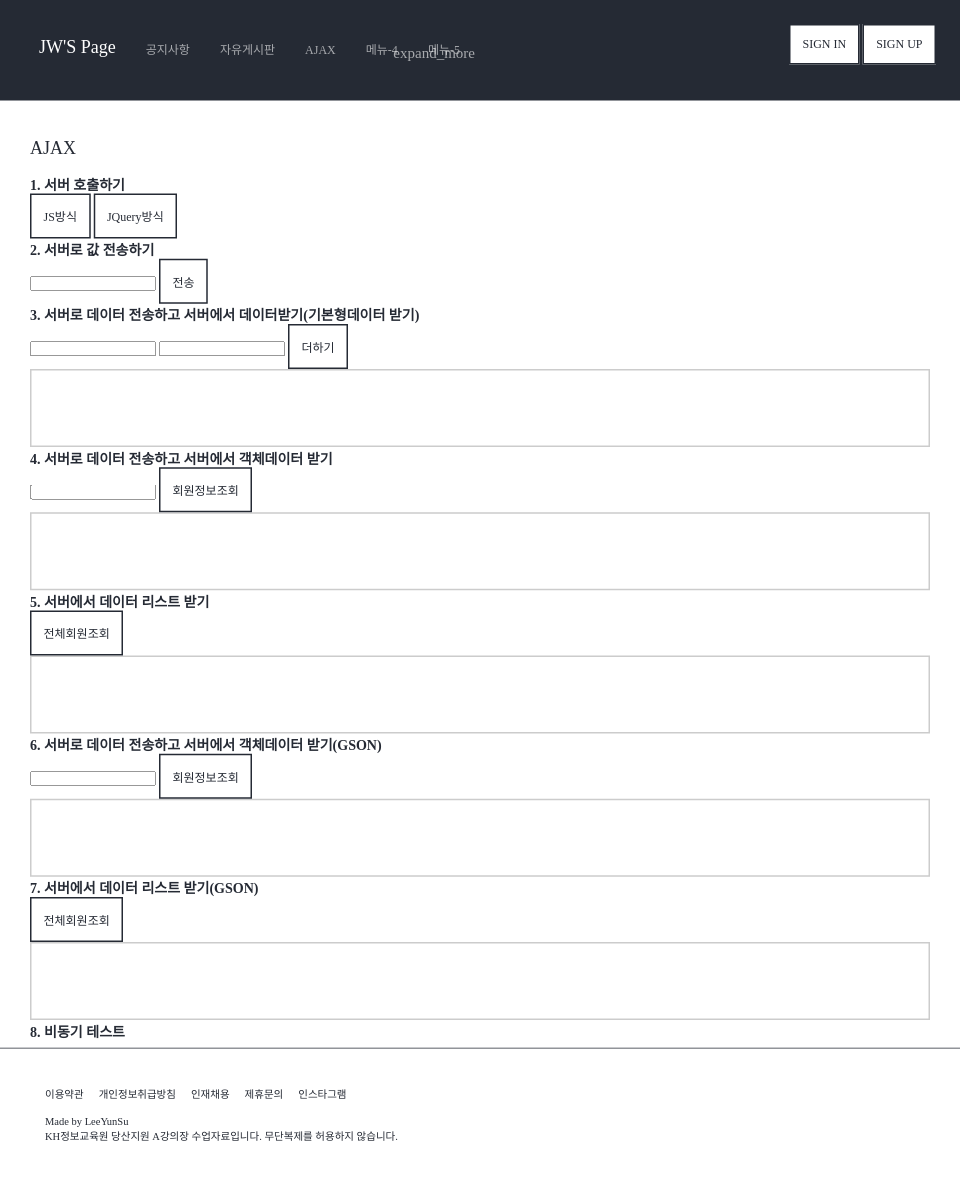
Repository: JWbase/Web_JAVA
Page: http://localhost/07_mvc2WebProject/ajax.do
The author's editor kept a copy of each file at every save. The page is drawn from the files as they stood at one save, then again after a run of saves.
The browser window is 1280 px wide. The pictures show the whole page, at 75% of full size.
Some web fonts or font styles are not loaded; a fallback is used. The page is served by Tomcat 9. Other server files are loaded and not shown.

Above is the page before, as saved 2022-09-06 07:44:29.

### 07_mvc2WebProject/src/main/webapp/WEB-INF/views/etc/ajax.jsp
<%@ page language="java" contentType="text/html; charset=UTF-8"
	pageEncoding="UTF-8"%>
<!DOCTYPE html>
<html>
<head>
<meta charset="UTF-8">
<title>Insert title here</title>
<style>
.ajaxResult {
	min-height: 100px;
	border: 2px solid #ccc;
}
</style>
</head>
<body>
	<%@include file="/WEB-INF/views/common/header.jsp"%>
	<div class="page-content">
		<div class="page-title">AJAX</div>
		<h3>1. 서버 호출하기</h3>
		<button class="btn bc11" id="js">JS방식</button>
		<button class="btn bc11" id="jQ1">JQuery방식</button>

		<h3>2. 서버로 값 전송하기</h3>
		<input type="text">
		<button class="btn bc11" id="jQ2">전송</button>

		<h3>3. 서버로 데이터 전송하고 서버에서 데이터받기(기본형데이터 받기)</h3>
		<input type="text" id="su1"> <input type="text" id="su2">
		<button class="btn bc11" id="jQ3">더하기</button>
		<p class="ajaxResult" id="result1"></p>

		<h3>4. 서버로 데이터 전송하고 서버에서 객체데이터 받기</h3>
		<input type="text" id="input4">
		<button class="btn bc11" id="jQ4">회원정보조회</button>
		<p class="ajaxResult" id="result4"></p>

		<h3>5. 서버에서 데이터 리스트 받기</h3>
		<button class="btn bc11" id="jQ5">전체회원조회</button>
		<p class="ajaxResult" id="result5"></p>

		<h3>6. 서버로 데이터 전송하고 서버에서 객체데이터 받기(GSON)</h3>
		<input type="text" id="input6">
		<button class="btn bc11" id="jQ6">회원정보조회</button>
		<p class="ajaxResult" id="result6"></p>

		<h3>7. 서버에서 데이터 리스트 받기(GSON)</h3>
		<button class="btn bc11" id="jQ7">전체회원조회</button>
		<p class="ajaxResult" id="result7"></p>

		<h3>8. 비동기 테스트</h3>
	</div>
	<script>
		$("#js").on("click", function() {
			// javascript방식으로 ajax 호출
			// 1. XMLHttpRequest 객체 생성
			const xhttp = new XMLHttpRequest();

			// 2. 요청정보 설정
			xhttp.open("GET", "/ajaxTest1.do", true);
			// 3. 서버요청 처리에 따른 동작함수를 설정
			xhttp.onreadystatechange = function() {
				if (this.readyState == 4 & this.status == 200) {
					// 요청이 다 끝나고 정상인 경우
					console.log("서버 요청 완료!!");
				} else if (this.readyState == 4 & this.status == 404) {
					// 요청이 다 끝나고 결과가 페이지를 찾을 수 없는 경우
					console.log("주소를 찾을 수 없습니다.");
				}
			}
			// 4. 서버에 요청
			xhttp.send();
		});
		$("#jQ1").on("click", function() {
			$.ajax({
				url : "/ajaxTest1.do",
				type : "get",
				success : function() {
					console.log("서버호출완료");
				},
				error : function() {
					console.log("에러 발생");
				},
				complete : function() {
					console.log("무조건 호출");
				}
			});
		});
		$("#jQ2").on("click", function() {
			const input = $(this).prev();
			const inputValue = input.val();
			console.log(inputValue);
			$.ajax({
				url : "/ajaxTest2.do",
				type : "get",
				data : {
					input1 : inputValue
				},
				success : function() {
					console.log("서버로 전송완료");
				},
				error : function() {
					console.log("에러발생");
				}
			});
		})
		$("#jQ3").on("click", function() {
			const su1 = $("#su1").val();
			const su2 = $("#su2").val();
			const result = $("#result1");
			$.ajax({
				url : "/ajaxTest3.do",
				type : "post",
				data : {
					num1 : su1,
					num2 : su2
				},
				success : function(data) {
					result.text(data);
					console.log("서버호출완료");
				},
				error : function() {
					console.log("서버호출실패");
				}
			});
		});
		$("#jQ4").on("click", function() {
			const memberId = $("#input4").val();
			const result = $("#result4");
			result.empty();
			$.ajax({
				url : "/ajaxTest4.do",
				type : "get",
				data : {
					memberId : memberId
				},
				dataType : "json",
				success : function(data) {
					if (data == null) {
						result.append("회원 정보를 조회 할 수 없습니다.")
					} else {
						result.append("아이디 : " + data.memberId + "<br>");
						result.append("이름 : " + data.memberName + "<br>");
						result.append("전화번호 : " + data.memberPhone + "<br>");
					}
				}
			});
		});
		$("#jQ5").on("click", function() {
			const result = $("#result5");
			result.empty();
			$.ajax({
				url : "/ajaxTest5.do",
				dataType : "json",
				success : function(data) {
					console.log(data);
					for (let i = 0; i < data.length; i++) {
						const div = $("<div></div>");
						div.append(data[i].memberId);
						div.append("/");
						div.append(data[i].memberName);
						div.append("/");
						div.append(data[i].memberAddr);
						div.append("/");
						result.append(div);
					}
				}
			});
		});

		$("#jQ6").on("click", function() {
			const memberId = $("#input6").val();
			const result = $("#result6");
			result.empty();
			$.ajax({
				url : "/ajaxTest6.do",
				type : "get",
				data : {
					memberId : memberId
				},
				dataType : "json",
				success : function(data) {
					if (data == null) {
						result.append("회원 정보를 조회 할 수 없습니다.")
					} else {
						result.append("아이디 : " + data.memberId + "<br>");
						result.append("이름 : " + data.memberName + "<br>");
						result.append("전화번호 : " + data.memberPhone + "<br>");
					}
				}
			});
		});

		$("#jQ7").on("click", function() {
			const result = $("#result7");
			result.empty();
			$.ajax({
				url : "/ajaxTest7.do",
				dataType : "json",
				success : function(data) {
					console.log(data);
					for (let i = 0; i < data.length; i++) {
						const div = $("<div></div>");
						div.append(data[i].memberId);
						div.append("/");
						div.append(data[i].memberName);
						div.append("/");
						div.append(data[i].memberAddr);
						div.append("/");
						result.append(div);
					}
				}
			});
		});
	</script>
	<%@include file="/WEB-INF/views/common/footer.jsp"%>
</body>
</html>

### 07_mvc2WebProject/src/main/webapp/WEB-INF/views/common/header.jsp
<%@page import="kr.or.iei.member.model.vo.Member"%>
<%@ page language="java" contentType="text/html; charset=UTF-8"
	pageEncoding="UTF-8"%>
<%
Member m = (Member) session.getAttribute("m");
%>
<!-- 구글 아이콘 -->
<link href="https://fonts.googleapis.com/icon?family=Material+Icons"
	rel="stylesheet">
<!-- jquery -->
<script src="/js/jquery-3.6.0.js"></script>
<!-- 기본 CSS -->
<link rel="stylesheet" href="/css/default.css" />
<!-- 기본 js -->
<script src="/js/default.js"></script>
<header>
	<div class="site-logo">
		<a href="/">JW'S Page</a>
	</div>
	<nav>
		<ul class="navi">
			<li><a href="/noticeList.do?reqPage=1">공지사항</a></li>
			<li><a href="#">자유게시판</a></li>
			<li><a href="/ajax.do">AJAX</a></li>
			<li><a href="#">메뉴-4</a></li>
			<li><a href="#">메뉴-5</a>
				<ul class="sub-navi">
					<li><a href="#">sub-1</a></li>
					<li><a href="#">sub-2</a></li>
					<li><a href="#">sub-3</a></li>
				</ul></li>
		</ul>
	</nav>
	<div class="header-link">
		<%
		if (m == null) {
		%>
		<button class="btn bc11 modal-open-btn" target="#login-modal">SIGN
			IN</button>
		<a class="btn bc11" href="/signupFrm.do">SIGN UP</a>
		<%
		} else {
		%>
		<%-- <a class="btn bc11" href="/mypage1.do"><%=m.getMemberName()%></a> --%>
		<a class="btn bc11" href="/mypage2.do?memberId=<%=m.getMemberId()%>"><%=m.getMemberName()%></a>
		<a class="btn bc11" href="/logout.do">LOGOUT</a>
		<%
		}
		%>
	</div>
</header>
<%
if (m == null) {
%>
<div id="login-modal" class="modal-bg">
	<div class="modal-wrap">
		<div class="modal-head">
			<h2>SIGN IN</h2>
			<span class="material-icons close-icon modal-close">close</span>
		</div>
		<form action="/signIn.do" method="post">
			<div class="modal-content">
				<div class="input-box">
					<label for="signId">아이디</label> <input type="text" name="signId"
						class="input-form" placeholder="아이디입력">
				</div>
				<div class="input-box">
					<label for="signPw">비밀번호</label> <input type="password"
						name="signPw" class="input-form" placeholder="비밀번호입력">
				</div>
				<div class="input-box link-box">
					<a href="#">아이디/비밀번호 찾기</a>
				</div>
			</div>
			<div class="modal-foot">
				<button type="submit" class="btn bc11">로그인</button>
				<button type="button" class="btn bc1 modal-close">취소</button>
			</div>
		</form>
	</div>
</div>
<%
}
%>

### 07_mvc2WebProject/src/main/webapp/WEB-INF/views/common/footer.jsp
<%@ page language="java" contentType="text/html; charset=UTF-8"
	pageEncoding="UTF-8"%>
<footer>
	<div class="footer-content">
		<ul>
			<li><a href="#">이용약관</a></li>
			<li><a href="#">개인정보취급방침</a></li>
			<li><a href="#">인재채용</a></li>
			<li><a href="#">제휴문의</a></li>
			<li><a href="#">인스타그램</a></li>
		</ul>
		<p>Made by LeeYunSu</p>
		<p>KH정보교육원 당산지원 A강의장 수업자료입니다. 무단복제를 허용하지 않습니다.</p>
	</div>
</footer>

### 07_mvc2WebProject/src/main/java/kr/or/iei/ajax/controller/AjaxServlet.java
package kr.or.iei.ajax.controller;

import java.io.IOException;

import javax.servlet.RequestDispatcher;
import javax.servlet.ServletException;
import javax.servlet.annotation.WebServlet;
import javax.servlet.http.HttpServlet;
import javax.servlet.http.HttpServletRequest;
import javax.servlet.http.HttpServletResponse;

/**
 * Servlet implementation class AjaxServlet
 */
@WebServlet(name = "Ajax", urlPatterns = { "/ajax.do" })
public class AjaxServlet extends HttpServlet {
	private static final long serialVersionUID = 1L;

	/**
	 * @see HttpServlet#HttpServlet()
	 */
	public AjaxServlet() {
		super();
		// TODO Auto-generated constructor stub
	}

	/**
	 * @see HttpServlet#doGet(HttpServletRequest request, HttpServletResponse
	 *      response)
	 */
	protected void doGet(HttpServletRequest request, HttpServletResponse response)
			throws ServletException, IOException {
		// 1. 인코딩
		request.setCharacterEncoding("utf-8");
		// 2. 값추출
		// 3. 비즈니스로직
		// 4. 결과처리
		RequestDispatcher view = request.getRequestDispatcher("/WEB-INF/views/etc/ajax.jsp");
		view.forward(request, response);
	}

	/**
	 * @see HttpServlet#doPost(HttpServletRequest request, HttpServletResponse
	 *      response)
	 */
	protected void doPost(HttpServletRequest request, HttpServletResponse response)
			throws ServletException, IOException {
		// TODO Auto-generated method stub
		doGet(request, response);
	}

}

### 07_mvc2WebProject/src/main/webapp/css/default.css
/* 사용할 font 선언 */
@font-face {
  font-family: ns-thin;
  src: url(../font/NotoSansKR-Thin.otf);
}
@font-face {
  font-family: ns-light;
  src: url(../font/NotoSansKR-Light.otf);
}
@font-face {
  font-family: ns-m;
  src: url(../font/NotoSansKR-Medium.otf);
}
@font-face {
  font-family: ns-bold;
  src: url(../font/NotoSansKR-Bold.otf);
}
@font-face {
  font-family: ns-black;
  src: url(../font/NotoSansKR-Black.otf);
}
/*
    사이트 사용 색상
    balck : #252A34
    darkgray : #393E46
    lightgray : #EEEEEE
    dark-mint : #00ADB5
    mint : #08D9D6
    point-red : #FF2E63
    point-pink : #F85F73
    point-violet : #892CDC
*/
/* 전체태그 기본 margin, padding 제거 */
/* 기본 글씨 색 및 폰트 설정 */

* {
  margin: 0;
  padding: 0;
  color: #252a34;
  font-family: ns-m;
}
body {
  display: flex;
  flex-direction: column;
  min-height: 100vh;
}
/* 기본화면 레이아웃 */
a {
  text-decoration: none;
}
header {
  background-color: #252a34;
  padding: 32px;
  display: flex;
  min-width: 1200px;
}
header > *:not(.header-link) {
  float: left;
}
header > .site-logo {
  padding: 0px 20px;
}
header > .site-logo > a {
  color: #fff;
  font-family: ns-bold;
  font-size: 24px;
  line-height: 60px;
}
header > nav {
  flex-grow: 1;
}

header > nav > .navi {
  list-style-type: none;
}
header > nav > .navi > li {
  float: left;
  position: relative;
}
header > nav > .navi > li > a {
  display: block;
  color: rgba(255, 255, 255, 0.6);
  padding: 5px 20px;
  transition-duration: 0.5s;
  line-height: 60px;
}
header > nav > .navi > li:hover > a,
header > nav > .navi > li:hover > a + span {
  color: rgba(255, 255, 255, 1);
}
header > nav > .navi > li:hover > .sub-navi {
  display : block;
}
header > nav .sub-navi {
  position: absolute;
  background-color: #fff;
  list-style-type: none;
  display: none;
  border: 1px solid rgba(0, 0, 0, 0.2);
  left: 10px;
  min-width: 10rem;
}
header > nav .sub-navi > li {
  padding: 0.25rem 1rem;
}
header > nav .sub-navi > li > a {
  display: block;
}
header > nav .sub-navi > li:hover {
  background-color: rgba(0, 0, 0, 0.05);
}
.material-icons.dropdown {
  font-size: 20px;
  color: rgba(255, 255, 255, 0.6);
  position: absolute;
  right: 0px;
  top: 27px;
  transition-duration: 0.5s;
}
.material-icons.dropdown:hover {
  cursor: pointer;
}
.page-content {
  width: 1200px;
  margin: 30px auto;
  margin-bottom: 10px;
  flex-grow: 1;
}
.page-title {
  font-family: ns-bold;
  padding: 20px 0px;
  font-size: 1.5rem;
}
footer {
  padding: 50px;
  border-top: 1px solid #252a34;
}
footer > .footer-content {
  width: 1200px;
  margin: 0 auto;
  padding: 0px 10px;
}
footer > .footer-content * {
  font-size: 14px;
}
footer > .footer-content > ul {
  list-style-type: none;
  overflow: hidden;
  margin-bottom: 20px;
}
footer > .footer-content > ul > li {
  float: left;
}
footer > .footer-content > ul > li > a {
  padding-right: 20px;
}

/* font 클래스*/
.f-thin {
  font-family: ns-thin;
}
.f-light {
  font-family: ns-light;
}
.f-medium {
  font-family: ns-m;
}
.f-bold {
  font-family: ns-bold;
}
.f-black {
  font-family: ns-black;
}

/* 글씨 색 */
.fc-1 {
  color: #252a34;
}
.fc-2 {
  color: #393e46;
}
.fc-3 {
  color: #eeeeee;
}
.fc-4 {
  color: #00adb5;
}
.fc-5 {
  color: #08d9d6;
}
.fc-6 {
  color: #ff2e63;
}
.fc-7 {
  color: #f85f73;
}
.fc-8 {
  color: #892cdc;
}

/* 배경 색*/
.bg-1 {
  background-color: #252a34;
}
.bg-2 {
  background-color: #393e46;
}
.bg-3 {
  background-color: #eeeeee;
}
.bg-4 {
  background-color: #00adb5;
}
.bg-5 {
  background-color: #08d9d6;
}
.bg-6 {
  background-color: #ff2e63;
}
.bg-7 {
  background-color: #f85f73;
}
.bg-8 {
  background-color: #892cdc;
}

/* 테이블 디자인 */
.tbl {
  width: 100%;
  border-spacing: 0px;
  border-collapse: collapse;
}
.tbl th,
.tbl td {
  padding: 1rem;
  text-align: center;
}
.tbl .tr-1 {
  background-color: rgba(255, 255, 255, 1);
}
.tbl .tr-2 {
  background-color: rgba(57, 62, 70, 0.1);
}
.tbl .tr-3 {
  background-color: rgba(0, 173, 181, 0.1);
}
.tbl .tr-4 {
  background-color: rgba(137, 44, 220, 0.1);
}
.tbl .tr-5 {
  background-color: rgba(255, 46, 999, 0.1);
}
.tbl .td-1 {
  background-color: rgba(255, 255, 255, 1);
}
.tbl .td-2 {
  background-color: rgba(57, 62, 70, 0.1);
}
.tbl .td-3 {
  background-color: rgba(0, 173, 181, 0.1);
}
.tbl .td-4 {
  background-color: rgba(137, 44, 220, 0.1);
}
.tbl .td-5 {
  background-color: rgba(255, 46, 999, 0.1);
}
.tbl.tbl-hover .tr-1:hover {
  background-color: rgba(0, 0, 0, 0.05);
}
.tbl.tbl-hover .tr-2:hover {
  background-color: rgba(57, 62, 70, 0.15);
}
.tbl.tbl-hover .tr-3:hover {
  background-color: rgba(0, 173, 181, 0.15);
}
.tbl.tbl-hover .tr-4:hover {
  background-color: rgba(137, 44, 220, 0.15);
}
.tbl.tbl-hover .tr-5:hover {
  background-color: rgba(255, 46, 999, 0.15);
}

/* 버튼 디자인 */
.btn {
  border: none;
  padding: 1rem;
  display: inline-block;
  box-sizing: border-box;
  transition-duration: 0.5s;
  font-size: 16px;
  font-family: ns-light;
}
.bc1 {
  background-color: rgba(37, 42, 52, 0.9);
  color: #fff;
  border: 2px solid rgba(37, 42, 52, 0.9);
}
.bc1:hover {
  background-color: rgba(37, 42, 52, 1);
  cursor: pointer;
}
.bc2 {
  background-color: rgba(57, 62, 70, 0.9);
  color: #fff;
  border: 2px solid rgba(57, 62, 70, 0.9);
}
.bc2:hover {
  background-color: rgba(57, 62, 70, 1);
  cursor: pointer;
}
.bc3 {
  background-color: rgba(238, 238, 238, 0.9);
  color: #252a34;
  border: 2px solid rgba(238, 238, 238, 0.9);
}
.bc3:hover {
  background-color: rgba(238, 238, 238, 1);
  cursor: pointer;
}
.bc4 {
  background-color: rgba(0, 173, 181, 0.9);
  color: #fff;
  border: 2px solid rgba(0, 173, 181, 0.9);
}
.bc4:hover {
  background-color: rgba(0, 173, 181, 1);
  cursor: pointer;
}
.bc5 {
  background-color: rgba(8, 217, 214, 0.9);
  color: #fff;
  border: 2px solid rgba(8, 217, 214, 0.9);
}
.bc5:hover {
  background-color: rgba(8, 217, 214, 1);
  cursor: pointer;
}
.bc6 {
  background-color: rgba(255, 46, 99, 0.9);
  color: #fff;
  border: 2px solid rgba(255, 46, 99, 0.9);
}
.bc6:hover {
  background-color: rgba(255, 46, 99, 1);
  cursor: pointer;
}
.bc7 {
  background-color: rgba(248, 95, 115, 0.9);
  color: #fff;
  border: 2px solid rgba(248, 95, 115, 0.9);
}
.bc7:hover {
  background-color: rgba(248, 95, 115, 1);
  cursor: pointer;
}
.bc8 {
  background-color: rgba(137, 44, 220, 0.9);
  color: #fff;
  border: 2px solid rgba(137, 44, 220, 0.9);
}
.bc8:hover {
  background-color: rgba(137, 44, 220, 1);
  cursor: pointer;
}
.bc11 {
  color: rgba(37, 42, 52, 1);
  background-color: #fff;
  border: 2px solid rgba(37, 42, 52, 1);
}
.bc11:hover {
  background-color: rgba(37, 42, 52, 1);
  cursor: pointer;
  color: #fff;
}
.bc22 {
  color: rgba(57, 62, 70, 1);
  background-color: #fff;
  border: 2px solid rgba(57, 62, 70, 1);
}
.bc22:hover {
  background-color: rgba(57, 62, 70, 1);
  cursor: pointer;
  color: #fff;
}
.bc33 {
  color: rgba(37, 42, 52, 1);
  background-color: #fff;
  border: 2px solid rgba(238, 238, 238, 1);
}
.bc33:hover {
  background-color: rgba(238, 238, 238, 1);
  cursor: pointer;
  color: rgba(37, 42, 52, 1);
}
.bc44 {
  color: rgba(0, 173, 181, 1);
  background-color: #fff;
  border: 2px solid rgba(0, 173, 181, 1);
}
.bc44:hover {
  background-color: rgba(0, 173, 181, 1);
  color: #fff;
  cursor: pointer;
}
.bc55 {
  color: rgba(8, 217, 214, 1);
  background-color: #fff;
  border: 2px solid rgba(8, 217, 214, 1);
}
.bc55:hover {
  background-color: rgba(8, 217, 214, 1);
  color: #fff;
  cursor: pointer;
}
.bc66 {
  color: rgba(255, 46, 99, 1);
  background-color: #fff;
  border: 2px solid rgba(255, 46, 99, 1);
}
.bc66:hover {
  background-color: rgba(255, 46, 99, 1);
  color: #fff;
  cursor: pointer;
}
.bc77 {
  color: rgba(248, 95, 115, 1);
  background-color: #fff;
  border: 2px solid rgba(248, 95, 115, 1);
}
.bc77:hover {
  background-color: rgba(248, 95, 115, 1);
  color: #fff;
  cursor: pointer;
}
.bc88 {
  color: rgba(137, 44, 220, 1);
  background-color: #fff;
  border: 2px solid rgba(137, 44, 220, 1);
}
.bc88:hover {
  background-color: rgba(137, 44, 220, 1);
  color: #fff;
  cursor: pointer;
}
.bs1 {
  padding: 1rem;
}
.bs2 {
  padding: 1.5rem;
  font-size: 1.1em;
}
.bs3 {
  padding: 2rem;
  font-size: 1.2em;
}
.bs4 {
  width: 100%;
  padding: 2rem;
  font-size: 1.2em;
}
/* input 디자인 */
.input-form {
  width: 100%;
  display: block;
  padding: 0.8rem;
  background-color: #fff;
  outline: none;
  border: 1px solid #ccc;

  box-sizing: border-box;
}
.input-form:focus {
  box-shadow: 0 0 0 0.1rem #eee;
}

textarea.input-form {
  resize: none;
  min-height: 300px;
}
.input-form:read-only:not(select),
.input-form:disabled {
  background-color: #f7f7f9;
}
/* 페이징 디자인 */
.pagination {
  list-style-type: none;
  display: flex;
  justify-content: center;
  align-items: center;
}
.pagination > li {
  width: 40px;
  height: 40px;
  text-align: center;
  line-height: 40px;
  overflow: hidden;
}
.pagination.circle-style > li {
  border-radius: 50%;
}
.pagination > li > a.page-item {
  display: block;
  width: 100%;
  height: 100%;
  font-size: 18px;
}
.pagination > li > a.page-item > span.material-icons {
  display: block;
  width: 100%;
  height: 100%;
  line-height: 40px;
}
.pagination .page-item.active-page {
  background-color: #252a34;
  color: #fff;
}
/*게시물 표현*/
.posting-wrap {
  display: flex;
  flex-wrap: wrap;
}
.posting-wrap .posting-item {
  box-sizing: border-box;
  width: calc(100% / 5);
  padding: 20px;
}
.posting-wrap .posting-item .posting-img img {
  width: 100%;
  height: 200px;
}
.posting-wrap .posting-item .posting-content {
  width: 80%;
  margin: 0 auto;
}
.posting-wrap .posting-item:hover {
  box-shadow: 0 2px 10px 0 rgba(0, 0, 0, 0.2);
}
/* 댓글 */
.posting-comment {
  display: flex;
  border-top: 2px solid #ccc;

  list-style-type: none;
}
.posting-comment > li {
  box-sizing: border-box;
}
.posting-comment > li:first-child {
  width: 15%;
  display: flex;
  justify-content: center;
  align-items: center;
  min-height: 100px;
  border-right: 1px solid #ccc;
}
.posting-comment.reply > li:first-child {
  width: 20%;
}
.posting-comment > li:first-child .material-icons {
  font-size: 80px;
  color: #ccc;
}
.posting-comment.reply > li:first-child .material-icons:first-child {
  font-size: 40px;
  color: #ccc;
}
.posting-comment.reply > li:last-child {
  display: flex;
  flex-direction: column;
  width: 80%;
}
.posting-comment > li:last-child {
  display: flex;
  flex-direction: column;
  width: 85%;
}
.posting-comment > li:last-child > p {
  width: 100%;
  padding: 5px;
  box-sizing: border-box;
}
.posting-comment > li:last-child > .comment-info > span {
  padding: 0px 10px;
}
.posting-comment > li:last-child > .comment-info > span:not(:last-child) {
  border-right: 2px solid #ccc;
}
.posting-comment > li:last-child > .comment-content {
  padding: 0px 15px;
}
.posting-comment > li:last-child > .comment-link {
  text-align: right;
}
.posting-comment > li:last-child > .comment-link > a {
  margin: 0px 5px;
}
.posting-comment > li:last-child > .comment-link > a:hover {
  text-decoration: underline;
}

/*모달*/
.modal-bg {
  background-color: rgba(0, 0, 0, 0.3);
  position: fixed;
  width: 100%;
  height: 100vh;
  display: none;
  align-items: center;
  flex-direction: column;
}
.modal-wrap {
  margin-top: 150px;
  width: 600px;
  background: #fff;
  height: auto;
}
.modal-wrap div {
  padding: 1rem;
}
.modal-wrap div:not(:last-child) {
  border-bottom: 1px solid #ccc;
}
.modal-wrap .modal-foot {
  text-align: right;
}
.modal-wrap div.modal-head {
  position: relative;
}
.close-icon {
  position: absolute;
  top: 16px;
  right: 16px;
  font-size: 30px;
}
.close-icon:hover {
  cursor: pointer;
}

### 07_mvc2WebProject/src/main/webapp/js/default.js
$(function () {
  $(document).on("click", ".modal-open-btn", function () {
    $($(this).attr("target")).css("display", "flex");
  });
  $(document).on("click", ".modal-close", function () {
    $(this).parents(".modal-wrap").parent().css("display", "none");
  });
  $(".sub-navi").prev().after("<span class='material-icons dropdown'>expand_more</span>");
});
function alertFunc(icon){
	swal({
        title: '제목',
        text: '내용내용내용',
        icon: icon
      });
      //이후 페이지 이동 시 추가
      /*
      .then(function(){
    	 window.location = "${loc}";
      });
      */
}

Loaded but not shown: 07_mvc2WebProject/src/main/webapp/js/jquery-3.6.0.js (library)

After the next 2 saves:
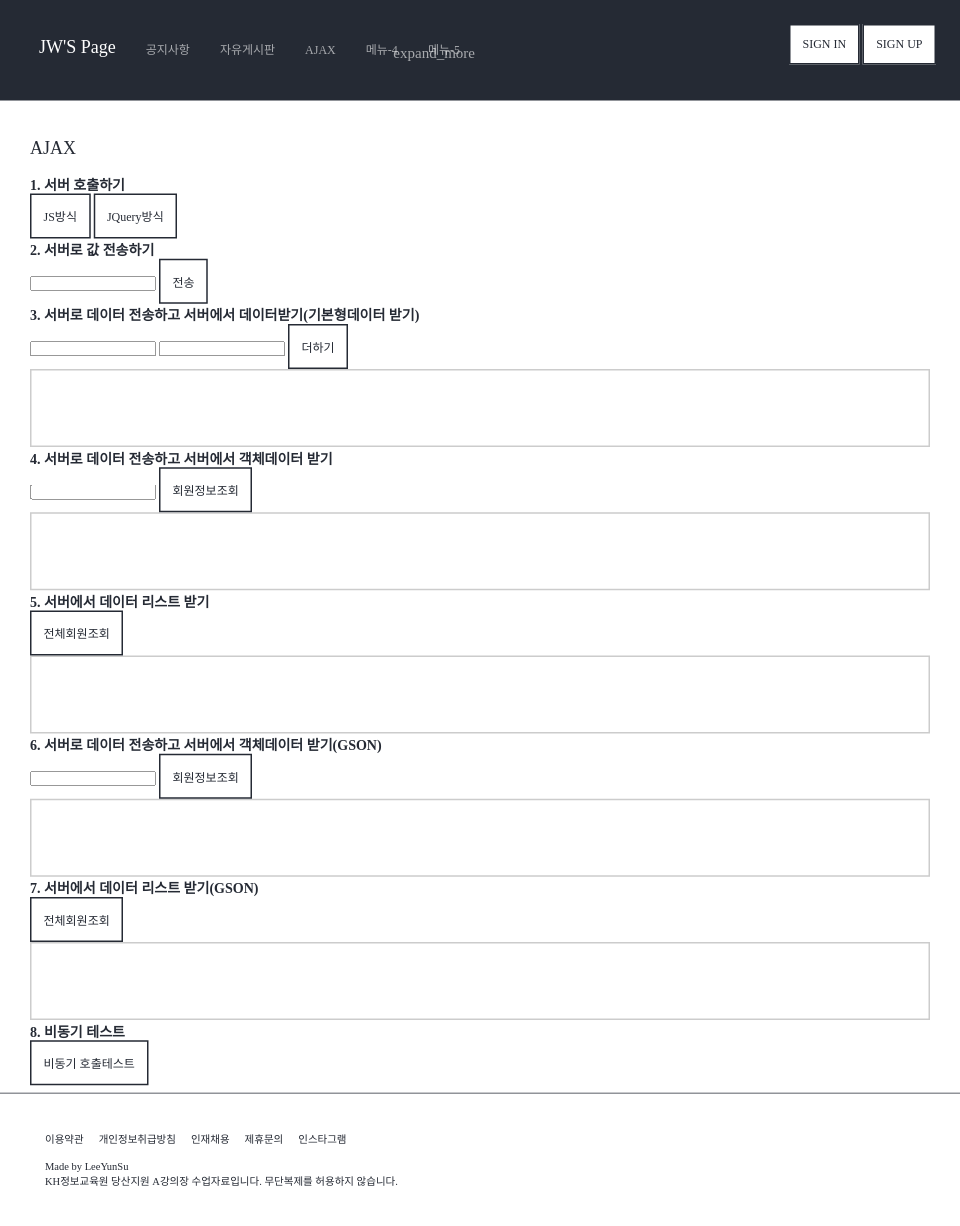
The 2 saves are shown as one change because they came seconds apart.
The last was saved 16 s later.
--- a/07_mvc2WebProject/src/main/webapp/WEB-INF/views/etc/ajax.jsp
+++ b/07_mvc2WebProject/src/main/webapp/WEB-INF/views/etc/ajax.jsp
@@ -48,6 +48,7 @@
 		<p class="ajaxResult" id="result7"></p>
 
 		<h3>8. 비동기 테스트</h3>
+		<button class="btn bc11" id="jQ8">비동기 호출테스트</button>
 	</div>
 	<script>
 		$("#js").on("click", function() {
